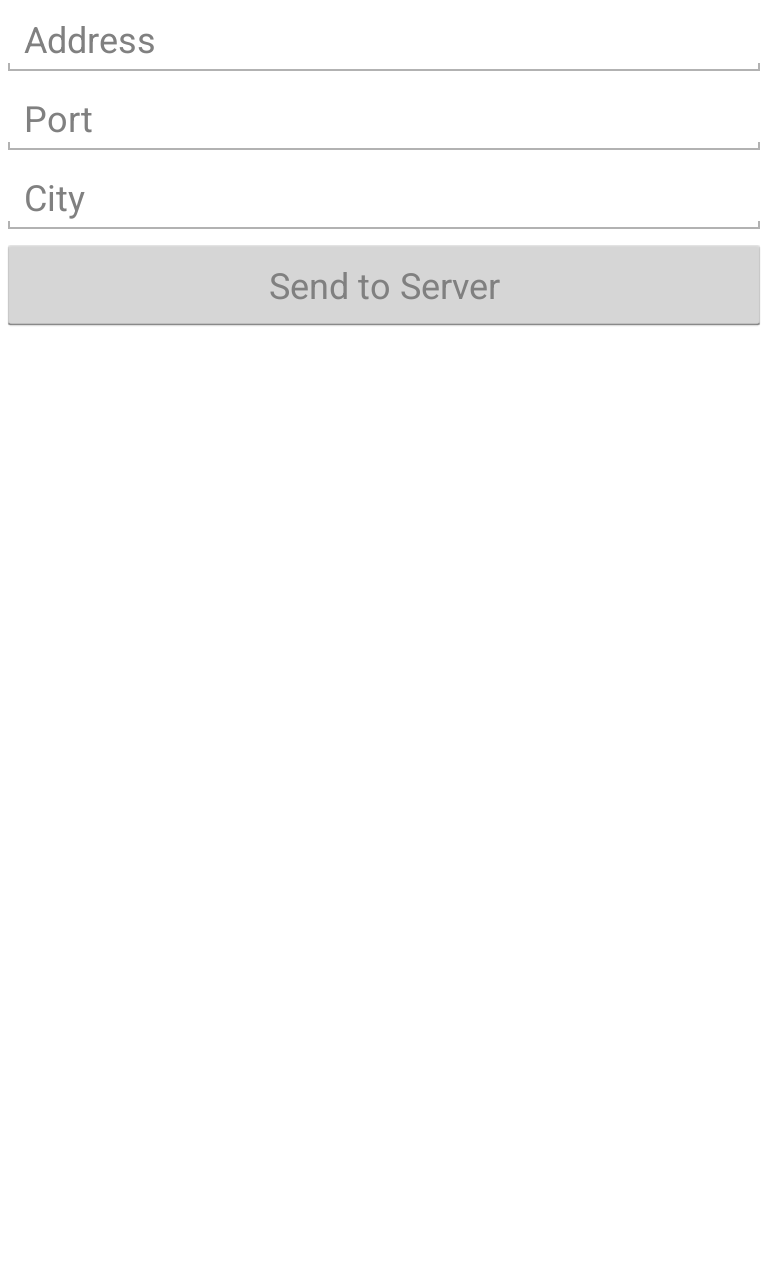
Repository: radupoenaru1992/PracticalTest02Var01
Layout: PracticalTest02Var01/res/layout/fragment_client.xml
The author's editor kept a copy of each file at every save. The layout is drawn from the files as they stood at one save, then again after the next save.
It is drawn on a 768 x 1280 px phone screen (xhdpi) without system bars, with theme AppTheme; the app's code is not run.

Above is the layout before, as saved 2015-05-18 15:25:37.

### PracticalTest02Var01/res/layout/fragment_client.xml
<?xml version="1.0" encoding="utf-8"?>
<LinearLayout xmlns:android="http://schemas.android.com/apk/res/android"
    android:layout_width="match_parent"
    android:layout_height="match_parent"
    android:orientation="vertical" >

    <EditText
    	    android:id="@+id/etAdresa"
        	android:layout_width="match_parent"
        	android:layout_height="wrap_content"
        	android:hint="Address"
        	/>

    	<EditText
    	    android:id="@+id/etPort"
        	android:layout_width="match_parent"
        	android:layout_height="wrap_content"
        	android:hint="Port"
        	/>

    	<EditText
    	    android:id="@+id/etCity"
        	android:layout_width="match_parent"
        	android:layout_height="wrap_content"
        	android:hint="City"
        	/>



    	<Button
    	    android:id="@+id/bClient"
    	    android:layout_width="match_parent"
    	    android:layout_height="wrap_content"
    	    android:hint="Send to Server"/>

    	<TextView
    	    android:id="@+id/tvClient"
        	android:layout_width="match_parent"
        	android:layout_height="wrap_content"
        	android:enabled="false"
        	/>


</LinearLayout>

Loaded but not shown: PracticalTest02Var01/res/values/styles.xml (common file); PracticalTest02Var01/res/values-v11/styles.xml (common file); PracticalTest02Var01/res/values-v14/styles.xml (common file)

After the next save:
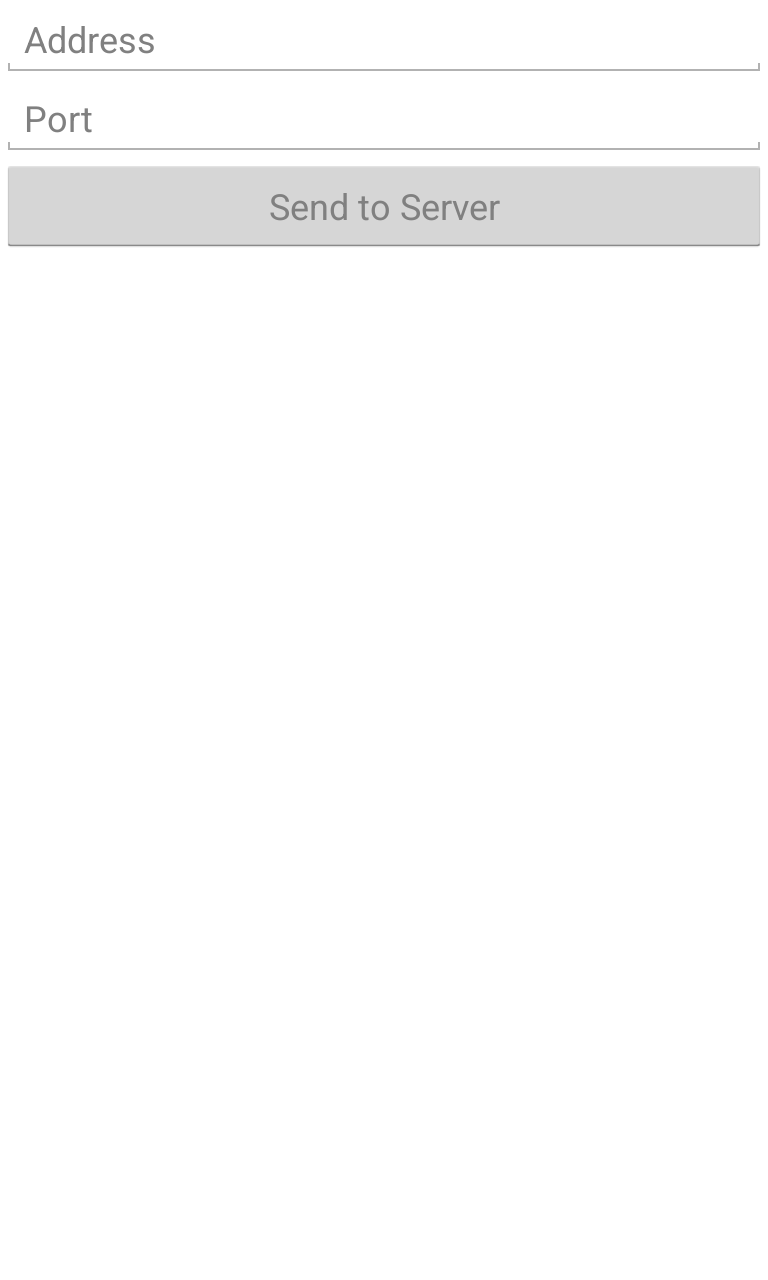
Saved 41 s later.
--- a/PracticalTest02Var01/res/layout/fragment_client.xml
+++ b/PracticalTest02Var01/res/layout/fragment_client.xml
@@ -18,13 +18,6 @@
         	android:hint="Port"
         	/>
 
-    	<EditText
-    	    android:id="@+id/etCity"
-        	android:layout_width="match_parent"
-        	android:layout_height="wrap_content"
-        	android:hint="City"
-        	/>
-
 
 
     	<Button
